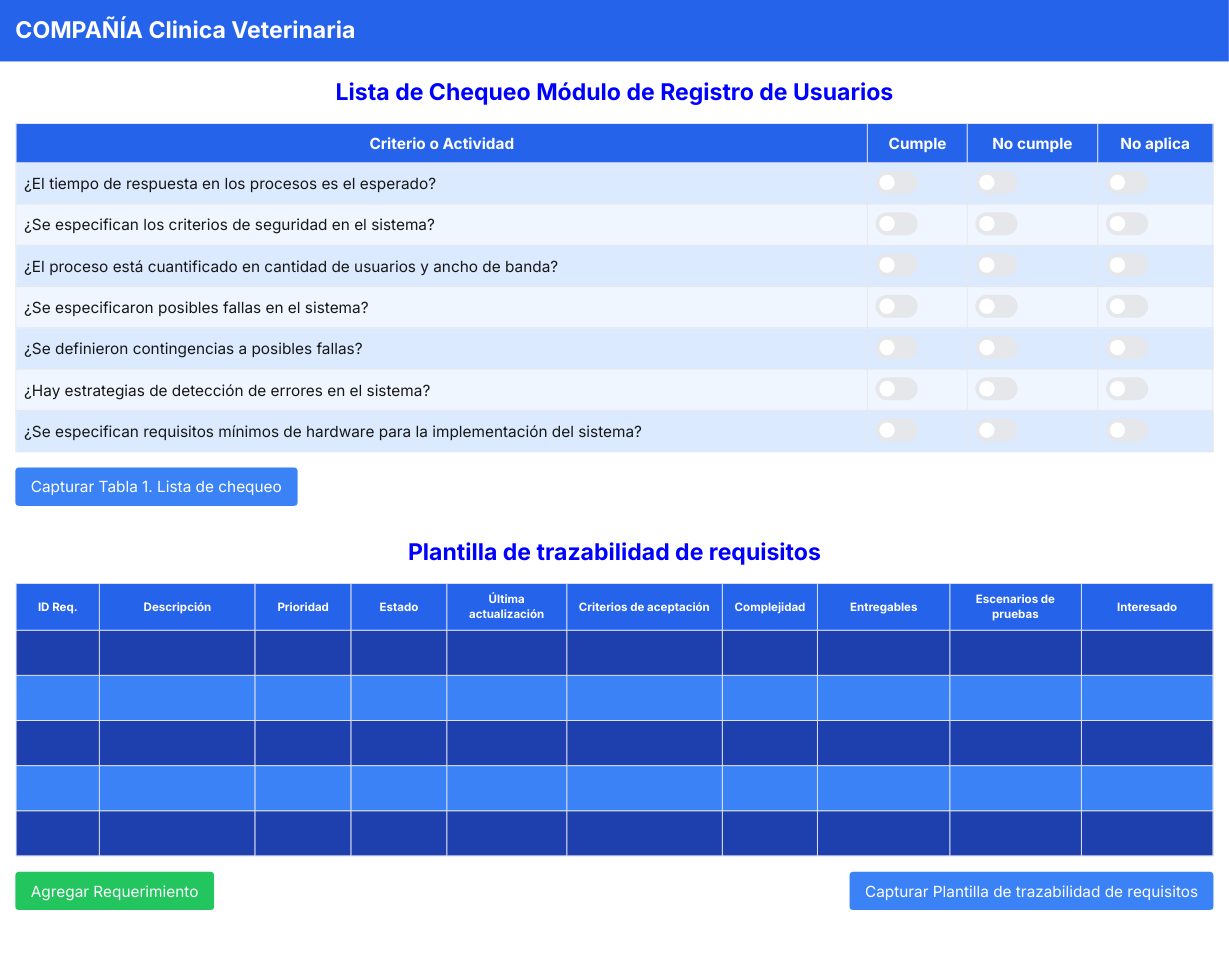
Repository: CiroAlfa/lista-de-Chequeo
Page: /
These files come from the project's save history. The page is drawn as it stood at one moment and after the next save; the edit follows.
The browser window is 1280 px wide. The pictures show the whole page, at 96% of full size.
The project was rebuilt for these pictures with package versions that can differ from the ones it lists, and the page was loaded fresh each time. The framework's server and built-in components were replaced by stand-ins that run in the browser. Also part of the build but not shown: next.config.mjs.

Above is the page before, as saved 2024-09-27 14:20:04.

### src/app/layout.tsx
import './globals.css'
import type { Metadata } from 'next'
import { Inter } from 'next/font/google'

const inter = Inter({ subsets: ['latin'] })

export const metadata: Metadata = {
  title: 'Checklist App - Clinica Veterinaria',
  description: 'Aplicación de chequeo y trazabilidad de requisitos',
}

export default function RootLayout({
  children,
}: {
  children: React.ReactNode
}) {
  return (
    <html lang="es">
      <body className={inter.className}>
        <header className="bg-blue-600 text-white p-4">
          <h1 className="text-2xl font-bold">COMPAÑÍA Clinica Veterinaria</h1>
        </header>
        {children}
      </body>
    </html>
  )
}

### src/app/page.tsx
'use client'

import { useState } from 'react'
import { Switch } from '@headlessui/react'
import html2canvas from 'html2canvas'

interface ChecklistItem {
  id: number
  criteria: string
  cumple: boolean
  noCumple: boolean
  noAplica: boolean
}

interface RequirementItem {
  id: string
  description: string
  priority: string
  status: string
  lastUpdated: string
  acceptanceCriteria: string
  complexity: string
  deliverables: string
  testScenarios: string
  stakeholder: string
}

const initialChecklist: ChecklistItem[] = [
  { id: 1, criteria: '¿El tiempo de respuesta en los procesos es el esperado?', cumple: false, noCumple: false, noAplica: false },
  { id: 2, criteria: '¿Se especifican los criterios de seguridad en el sistema?', cumple: false, noCumple: false, noAplica: false },
  { id: 3, criteria: '¿El proceso está cuantificado en cantidad de usuarios y ancho de banda?', cumple: false, noCumple: false, noAplica: false },
  { id: 4, criteria: '¿Se especificaron posibles fallas en el sistema?', cumple: false, noCumple: false, noAplica: false },
  { id: 5, criteria: '¿Se definieron contingencias a posibles fallas?', cumple: false, noCumple: false, noAplica: false },
  { id: 6, criteria: '¿Hay estrategias de detección de errores en el sistema?', cumple: false, noCumple: false, noAplica: false },
  { id: 7, criteria: '¿Se especifican requisitos mínimos de hardware para la implementación del sistema?', cumple: false, noCumple: false, noAplica: false },
]

const initialRequirements: RequirementItem[] = Array(5).fill(null).map((_, index) => ({
  id: ``,
  description: '',
  priority: '',
  status: '',
  lastUpdated: '',
  acceptanceCriteria: '',
  complexity: '',
  deliverables: '',
  testScenarios: '',
  stakeholder: '',
}))

export default function Home() {
  const [checklist, setChecklist] = useState<ChecklistItem[]>(initialChecklist)
  const [requirements, setRequirements] = useState<RequirementItem[]>(initialRequirements)

  const handleChecklistChange = (id: number, field: 'cumple' | 'noCumple' | 'noAplica') => {
    setChecklist(checklist.map(item => {
      if (item.id === id) {
        const newItem = { ...item, [field]: !item[field] }
        if (newItem[field]) {
          newItem.cumple = field === 'cumple'
          newItem.noCumple = field === 'noCumple'
          newItem.noAplica = field === 'noAplica'
        }
        return newItem
      }
      return item
    }))
  }

  const handleRequirementChange = (index: number, field: keyof RequirementItem, value: string) => {
    setRequirements(requirements.map((item, i) =>
      i === index ? { ...item, [field]: value } : item
    ))
  }

  const addRequirement = () => {
    setRequirements([...requirements, {
      id: '',
      description: '',
      priority: '',
      status: '',
      lastUpdated: '',
      acceptanceCriteria: '',
      complexity: '',
      deliverables: '',
      testScenarios: '',
      stakeholder: '',
    }])
  }

  const captureScreenshot = async (elementId: string, fileName: string) => {
    const element = document.getElementById(elementId)
    if (element) {
      const canvas = await html2canvas(element, {
        scrollX: -window.scrollX,
        scrollY: -window.scrollY,
        windowWidth: document.documentElement.scrollWidth,
        windowHeight: document.documentElement.scrollHeight
      })
      const image = canvas.toDataURL('image/png')
      const link = document.createElement('a')
      link.href = image
      link.download = fileName
      link.click()
    }
  }

  return (
    <main className="container mx-auto p-4">
      <div className="mb-8" id="checklist-table">
        <h2 className="text-2xl font-bold mb-4 text-center" style={{ color: 'blue' }}>Lista de Chequeo Módulo de Registro de Usuarios</h2>
        <table className="w-full border-collapse">
          <thead>
            <tr className="bg-blue-600 text-white">
              <th className="border p-2">Criterio o Actividad</th>
              <th className="border p-2">Cumple</th>
              <th className="border p-2">No cumple</th>
              <th className="border p-2">No aplica</th>
            </tr>
          </thead>
          <tbody>
            {checklist.map((item, index) => (
              <tr key={item.id} className={index % 2 === 0 ? 'bg-blue-100' : 'bg-blue-50'}>
                <td className="border p-2">{item.criteria}</td>
                <td className="border p-2">
                  <Switch
                    checked={item.cumple}
                    onChange={() => handleChecklistChange(item.id, 'cumple')}
                    className={`${item.cumple ? 'bg-blue-600' : 'bg-gray-200'} relative inline-flex h-6 w-11 items-center rounded-full`}
                  >
                    <span className={`${item.cumple ? 'translate-x-6' : 'translate-x-1'} inline-block h-4 w-4 transform rounded-full bg-white transition`} />
                  </Switch>
                </td>
                <td className="border p-2">
                  <Switch
                    checked={item.noCumple}
                    onChange={() => handleChecklistChange(item.id, 'noCumple')}
                    className={`${item.noCumple ? 'bg-blue-600' : 'bg-gray-200'} relative inline-flex h-6 w-11 items-center rounded-full`}
                  >
                    <span className={`${item.noCumple ? 'translate-x-6' : 'translate-x-1'} inline-block h-4 w-4 transform rounded-full bg-white transition`} />
                  </Switch>
                </td>
                <td className="border p-2">
                  <Switch
                    checked={item.noAplica}
                    onChange={() => handleChecklistChange(item.id, 'noAplica')}
                    className={`${item.noAplica ? 'bg-blue-600' : 'bg-gray-200'} relative inline-flex h-6 w-11 items-center rounded-full`}
                  >
                    <span className={`${item.noAplica ? 'translate-x-6' : 'translate-x-1'} inline-block h-4 w-4 transform rounded-full bg-white transition`} />
                  </Switch>
                </td>
              </tr>
            ))}
          </tbody>
        </table>
        <button
          onClick={() => captureScreenshot('checklist-table', 'lista-de-chequeo.png')}
          className="mt-4 bg-blue-500 text-white px-4 py-2 rounded hover:bg-blue-600 transition-colors"
        >
          Capturar Tabla 1. Lista de chequeo
        </button>
      </div>

      <div className="mb-8" id="requirements-table">
  <h2 className="text-2xl font-bold mb-4 text-center" style={{ color: 'blue' }}>Plantilla de trazabilidad de requisitos</h2>
  <div className="overflow-x-auto">
    <table className="w-full border-collapse table-fixed">
      <thead>
        <tr className="bg-blue-600 text-white">
          <th className="border p-2 text-xs" style={{width: '7%'}}>ID Req.</th>
          <th className="border p-2 text-xs" style={{width: '13%'}}>Descripción</th>
          <th className="border p-2 text-xs" style={{width: '8%'}}>Prioridad</th>
          <th className="border p-2 text-xs" style={{width: '8%'}}>Estado</th>
          <th className="border p-2 text-xs" style={{width: '10%'}}>Última actualización</th>
          <th className="border p-2 text-xs" style={{width: '13%'}}>Criterios de aceptación</th>
          <th className="border p-2 text-xs" style={{width: '8%'}}>Complejidad</th>
          <th className="border p-2 text-xs" style={{width: '11%'}}>Entregables</th>
          <th className="border p-2 text-xs" style={{width: '11%'}}>Escenarios de pruebas</th>
          <th className="border p-2 text-xs" style={{width: '11%'}}>Interesado</th>
        </tr>
      </thead>
      <tbody>
        {requirements.map((item, index) => (
          <tr key={index} className={index % 2 === 0 ? 'bg-blue-800' : 'bg-blue-500'}>
            <td className="border p-1">
              <input
                type="text"
                value={item.id}
                onChange={(e) => handleRequirementChange(index, 'id', e.target.value)}
                className="w-full bg-transparent text-xs"
              />
            </td>
            <td className="border p-1">
              <textarea
                value={item.description}
                onChange={(e) => handleRequirementChange(index, 'description', e.target.value)}
                className="w-full bg-transparent text-xs resize-none overflow-hidden"
                rows={2}
                onInput={(e) => {
                  e.currentTarget.style.height = 'auto'
                  e.currentTarget.style.height = e.currentTarget.scrollHeight + 'px'
                }}
              />
            </td>
            <td className="border p-1">
              <input
                type="text"
                value={item.priority}
                onChange={(e) => handleRequirementChange(index, 'priority', e.target.value)}
                className="w-full bg-transparent text-xs"
              />
            </td>
            <td className="border p-1">
              <input
                type="text"
                value={item.status}
                onChange={(e) => handleRequirementChange(index, 'status', e.target.value)}
                className="w-full bg-transparent text-xs"
              />
            </td>
            <td className="border p-1">
              <input
                type="text"
                value={item.lastUpdated}
                onChange={(e) => handleRequirementChange(index, 'lastUpdated', e.target.value)}
                className="w-full bg-transparent text-xs"
              />
            </td>
            <td className="border p-1">
              <textarea
                value={item.acceptanceCriteria}
                onChange={(e) => handleRequirementChange(index, 'acceptanceCriteria', e.target.value)}
                className="w-full bg-transparent text-xs resize-none overflow-hidden"
                rows={2}
                onInput={(e) => {
                  e.currentTarget.style.height = 'auto'
                  e.currentTarget.style.height = e.currentTarget.scrollHeight + 'px'
                }}
              />
            </td>
            <td className="border p-1">
              <input
                type="text"
                value={item.complexity}
                onChange={(e) => handleRequirementChange(index, 'complexity', e.target.value)}
                className="w-full bg-transparent text-xs"
              />
            </td>
            <td className="border p-1">
              <textarea
                value={item.deliverables}
                onChange={(e) => handleRequirementChange(index, 'deliverables', e.target.value)}
                className="w-full bg-transparent text-xs resize-none overflow-hidden"
                rows={2}
                onInput={(e) => {
                  e.currentTarget.style.height = 'auto'
                  e.currentTarget.style.height = e.currentTarget.scrollHeight + 'px'
                }}
              />
            </td>
            <td className="border p-1">
              <textarea
                value={item.testScenarios}
                onChange={(e) => handleRequirementChange(index, 'testScenarios', e.target.value)}
                className="w-full bg-transparent text-xs resize-none overflow-hidden"
                rows={2}
                onInput={(e) => {
                  e.currentTarget.style.height = 'auto'
                  e.currentTarget.style.height = e.currentTarget.scrollHeight + 'px'
                }}
              />
            </td>
            <td className="border p-1">
              <input
                type="text"
                value={item.stakeholder}
                onChange={(e) => handleRequirementChange(index, 'stakeholder', e.target.value)}
                className="w-full bg-transparent text-xs"
              />
            </td>
          </tr>
        ))}
      </tbody>
    </table>
  </div>
  <div className="mt-4 flex justify-between">
    <button
      onClick={addRequirement}
      className="bg-green-500 text-white px-4 py-2 rounded hover:bg-green-600 transition-colors"
    >
      Agregar Requerimiento
    </button>
    <button
      onClick={() => captureScreenshot('requirements-table', 'plantilla-trazabilidad-requisitos.png')}
      className="bg-blue-500 text-white px-4 py-2 rounded hover:bg-blue-600 transition-colors"
    >
      Capturar Plantilla de trazabilidad de requisitos
    </button>
  </div>
</div>

    </main>
  )
}

Loaded but not shown: src/app/globals.css (common file); tailwind.config.ts (common file)

After the next save:
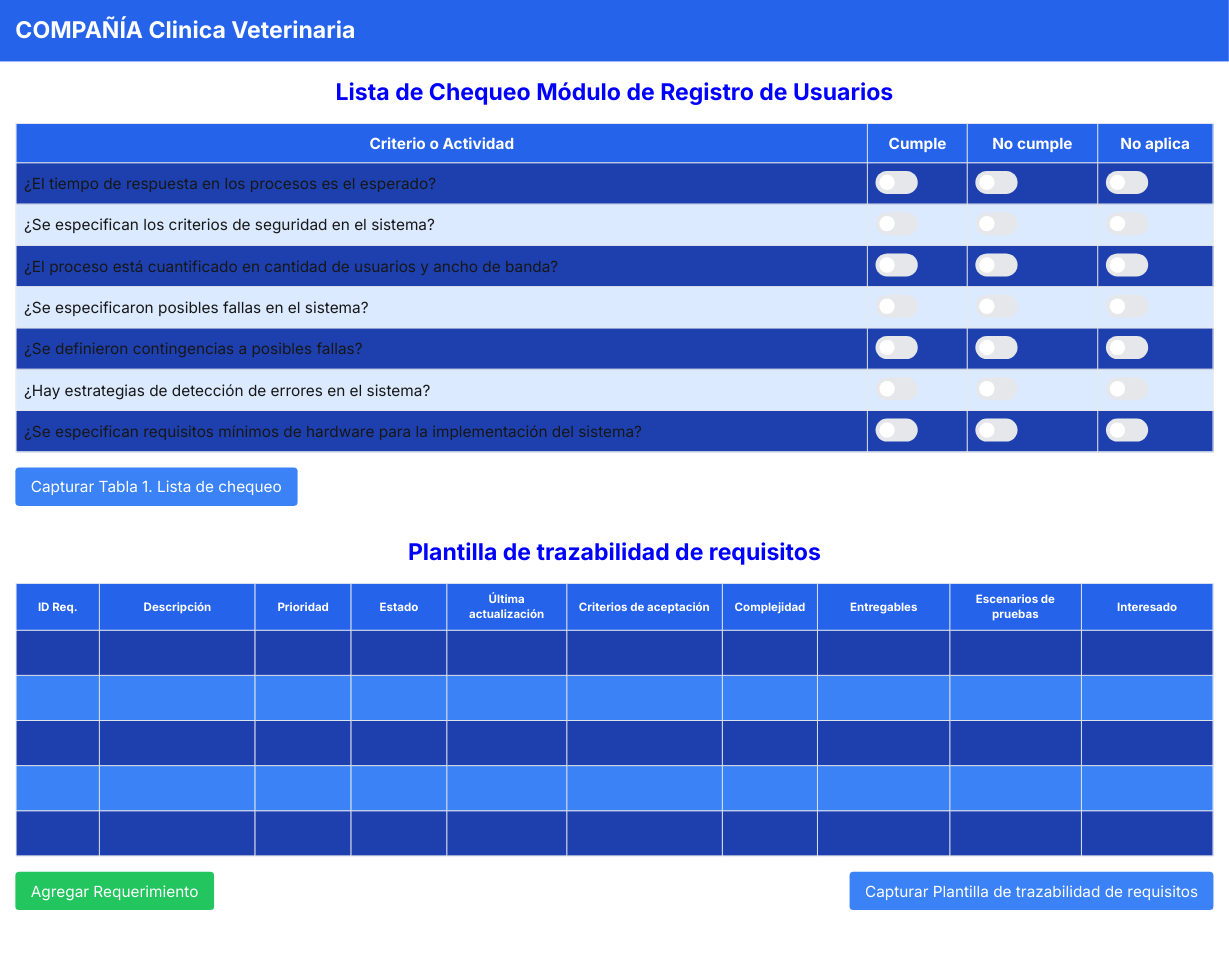
Saved 14 s later.
--- a/src/app/page.tsx
+++ b/src/app/page.tsx
@@ -120,7 +120,7 @@ export default function Home() {
           </thead>
           <tbody>
             {checklist.map((item, index) => (
-              <tr key={item.id} className={index % 2 === 0 ? 'bg-blue-100' : 'bg-blue-50'}>
+              <tr key={item.id} className={index % 2 === 0 ? 'bg-blue-800' : 'bg-blue-100'}>
                 <td className="border p-2">{item.criteria}</td>
                 <td className="border p-2">
                   <Switch
